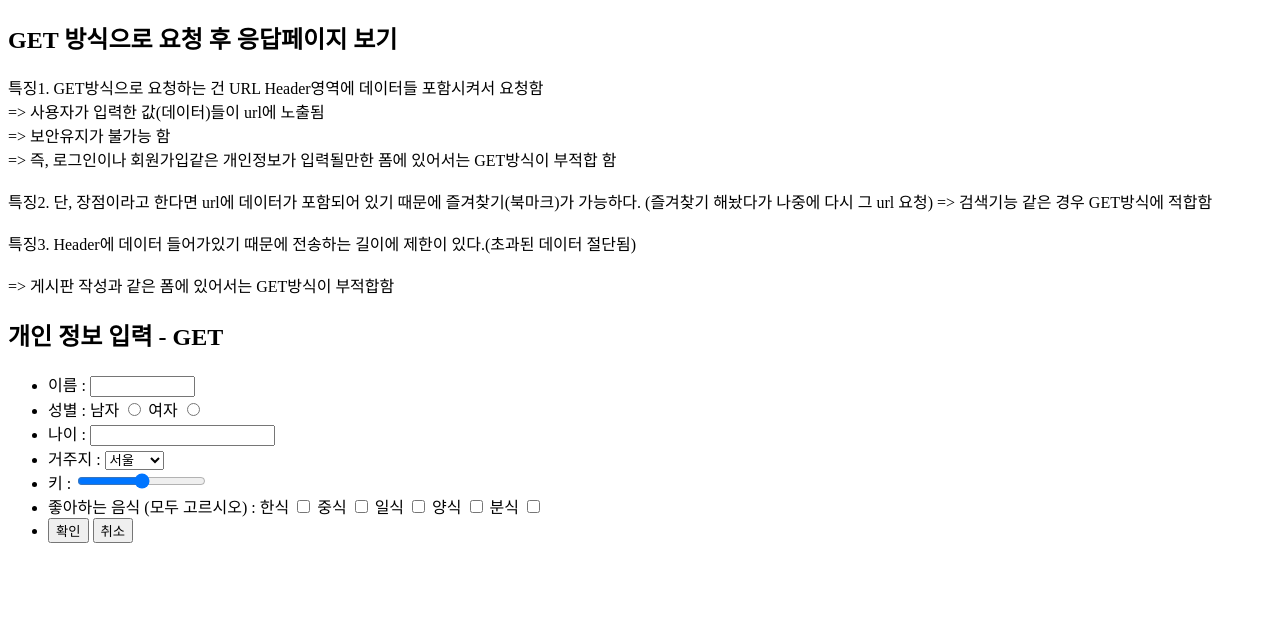
Repository: hyeye1/kh_webserverWorkspace
Page: 1_Servlet/WebContent/views/requestTest_GET.html
The author's editor kept a copy of each file at every save. The page is drawn from the files as they stood at one save, then again after the next save.
The browser window is 1280 px wide. The pictures show the whole page.

Above is the page before, as saved 2021-03-25 02:05:23.

### 1_Servlet/WebContent/views/requestTest_GET.html
<!DOCTYPE html>
<html>
<head>
<meta charset="UTF-8">
<title>Insert title here</title>
</head>
<body>
	<h2>GET 방식으로 요청 후 응답페이지 보기</h2>

	<p>
		특징1. GET방식으로 요청하는 건 URL Header영역에 데이터들 포함시켜서 요청함 <br>
		=> 사용자가 입력한 값(데이터)들이 url에 노출됨 <br>
		=> 보안유지가 불가능 함 <br>
		=> 즉, 로그인이나 회원가입같은 개인정보가 입력될만한 폼에 있어서는 GET방식이 부적합 함 <br><br>

		특징2. 단, 장점이라고 한다면 url에 데이터가 포함되어 있기 때문에 즐겨찾기(북마크)가 가능하다. (즐겨찾기 해놨다가 나중에 다시 그 url 요청)
		=> 검색기능 같은 경우 GET방식에 적합함 <br><br>

		특징3. Header에 데이터 들어가있기 때문에 전송하는 길이에 제한이 있다.(초과된 데이터 절단됨)<br><br>
		=> 게시판 작성과 같은 폼에 있어서는 GET방식이 부적합함
	</p>

	<h2>개인 정보 입력 - GET</h2>

	<!--
		form 내의 submit버튼 클릭시 form 태그 속성 중 action에 작성된 url로 요청됨(제출) => 즉, Controller호출(Servlet을 호출)
	 	즉, 해당 요청을 받아주는 Servlet을 만들고 Servlet에 전달된 데이터를 받아서 처리한 후에 사용자가 보게될 응답페이지를 만들어준다.

	 	Servlet요청 같은 경우 반드시 그 요청값이 contextPath(1_Servlet) 뒤에 작성되어야 함 !

	 	http://localhost:8888/1_Servlet/test1.do

	 	절대경로방식 : /로 시작하는 경우                   localhost:8888   뒤에 action값이 붙어서 완성됨
	 	상대경로방식 : 그냥 바로 문구로 시작하는 경우  -> 현재 이 페이지의 url경로에 마지막 /로 부터 action에 작성된 값이 붙게된다
	 -->

	<form action="test1.do" method="GET">
		<ul>
			<li>이름 : <input type="text" name="name" size="10"></li>
			<li>
				성별 :
				남자 <input type="radio" name="gender" value="M">
				여자 <input type="radio" name="gender" value="F">
			</li>
			<li>나이 : <input type="number" name="age"></li>
			<li>
				거주지 :
				<select name="city">
					<option>서울</option>
					<option>경기도</option>
					<option>강원도</option>
					<option>충청도</option>
					<option>제주도</option>
					<option>경상도</option>
				</select>
			</li>
			<li>키 : <input type="range" name="height" min="140" max="200"></li>
			<li>
				좋아하는 음식 (모두 고르시오) :
				한식 <input type="checkbox" name="food" value="한식">
				중식 <input type="checkbox" name="food" value="중식">
				일식 <input type="checkbox" name="food" value="일식">
				양식 <input type="checkbox" name="food" value="양식">
				분식 <input type="checkbox" name="food" value="분식">
			</li>
			<li>
				<button type="submit">확인</button>
				<button type="reset">취소</button>
			</li>

		</ul>


	</form>





</body>
</html>

After the next save:
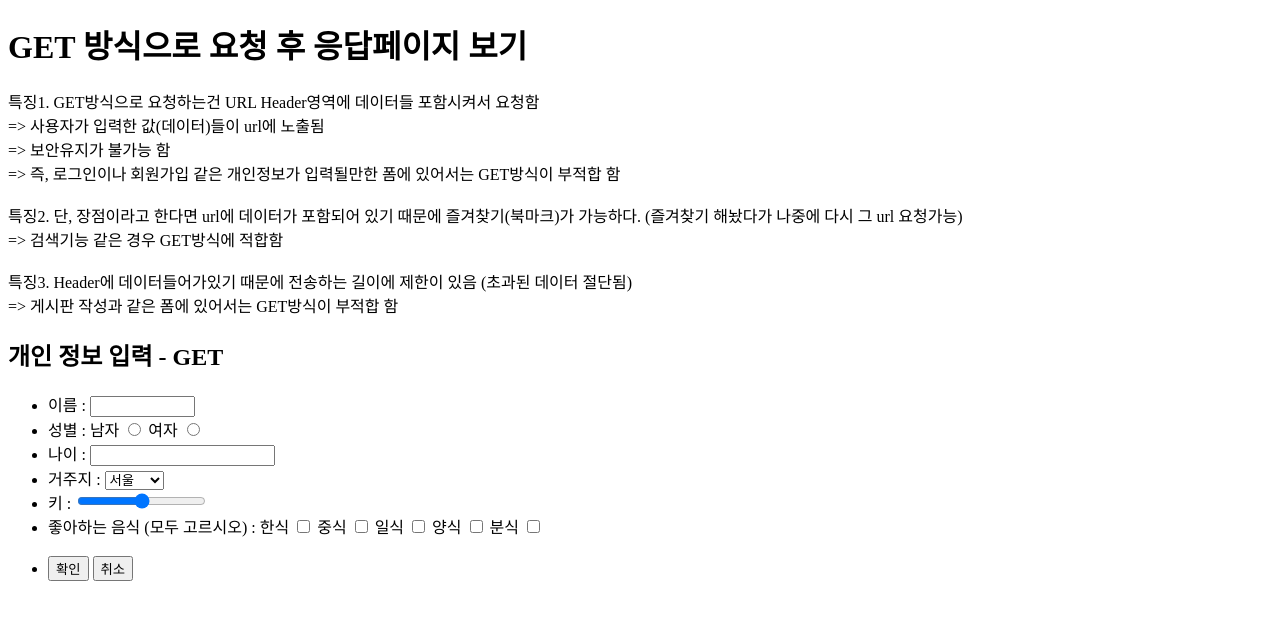
Saved 3 min 29 s later.
--- a/1_Servlet/WebContent/views/requestTest_GET.html
+++ b/1_Servlet/WebContent/views/requestTest_GET.html
@@ -5,36 +5,36 @@
 <title>Insert title here</title>
 </head>
 <body>
-	<h2>GET 방식으로 요청 후 응답페이지 보기</h2>
+	<h1>GET 방식으로 요청 후 응답페이지 보기</h1>
 
 	<p>
-		특징1. GET방식으로 요청하는 건 URL Header영역에 데이터들 포함시켜서 요청함 <br>
+		특징1. GET방식으로 요청하는건 URL Header영역에 데이터들 포함시켜서 요청함 <br>
 		=> 사용자가 입력한 값(데이터)들이 url에 노출됨 <br>
 		=> 보안유지가 불가능 함 <br>
-		=> 즉, 로그인이나 회원가입같은 개인정보가 입력될만한 폼에 있어서는 GET방식이 부적합 함 <br><br>
+		=> 즉, 로그인이나 회원가입 같은 개인정보가 입력될만한 폼에 있어서는 GET방식이 부적합 함 <br><br>
 
-		특징2. 단, 장점이라고 한다면 url에 데이터가 포함되어 있기 때문에 즐겨찾기(북마크)가 가능하다. (즐겨찾기 해놨다가 나중에 다시 그 url 요청)
+		특징2. 단, 장점이라고 한다면 url에 데이터가 포함되어 있기 때문에 즐겨찾기(북마크)가 가능하다. (즐겨찾기 해놨다가 나중에 다시 그 url 요청가능) <br>
 		=> 검색기능 같은 경우 GET방식에 적합함 <br><br>
 
-		특징3. Header에 데이터 들어가있기 때문에 전송하는 길이에 제한이 있다.(초과된 데이터 절단됨)<br><br>
-		=> 게시판 작성과 같은 폼에 있어서는 GET방식이 부적합함
+		특징3. Header에 데이터들어가있기 때문에 전송하는 길이에 제한이 있음 (초과된 데이터 절단됨)<br>
+		=> 게시판 작성과 같은 폼에 있어서는 GET방식이 부적합 함
 	</p>
 
 	<h2>개인 정보 입력 - GET</h2>
 
 	<!--
-		form 내의 submit버튼 클릭시 form 태그 속성 중 action에 작성된 url로 요청됨(제출) => 즉, Controller호출(Servlet을 호출)
-	 	즉, 해당 요청을 받아주는 Servlet을 만들고 Servlet에 전달된 데이터를 받아서 처리한 후에 사용자가 보게될 응답페이지를 만들어준다.
+		form 내의 submit 버튼 클릭시  form 태그 속성 중 action에 작성된 url로 요청됨(제출) => 즉, Controller호출 (Servlet을 호출)
+		즉, 해당 요청을 받아주는 Servlet을 만들고 Servlet에 전달된 데이터를 받아서 처리 한 후 사용자가 보게될 응답페이지 만들기!!
 
-	 	Servlet요청 같은 경우 반드시 그 요청값이 contextPath(1_Servlet) 뒤에 작성되어야 함 !
+		servlet요청같은 경우 반드시 그 요청값이 contextPath(1_Servlet) 뒤에 작성되어야함!!
 
-	 	http://localhost:8888/1_Servlet/test1.do
+		요청하고싶은 url - http://localhost:8888/1_Servlet/test1.do
 
-	 	절대경로방식 : /로 시작하는 경우                   localhost:8888   뒤에 action값이 붙어서 완성됨
-	 	상대경로방식 : 그냥 바로 문구로 시작하는 경우  -> 현재 이 페이지의 url경로에 마지막 /로 부터 action에 작성된 값이 붙게된다
-	 -->
+		절대경로방식 : /로 시작하는 경우			  localhost:8888	뒤에 action값이 붙어서 완성됨
+		상대경로방식 : 그냥 바로 문구로 시작하는 경우   현재 이 페이지의 url경로의 마지막 /로 부터 action 값이 붙어서 완성됨
+	-->
 
-	<form action="test1.do" method="GET">
+	<form action="/1_Servlet/test1.do" method="GET">
 		<ul>
 			<li>이름 : <input type="text" name="name" size="10"></li>
 			<li>
@@ -63,19 +63,13 @@
 				양식 <input type="checkbox" name="food" value="양식">
 				분식 <input type="checkbox" name="food" value="분식">
 			</li>
+			<br>
 			<li>
-				<button type="submit">확인</button>
-				<button type="reset">취소</button>
+				<input type="submit" value="확인">
+				<input type="reset" value="취소">
 			</li>
-
 		</ul>
-
-
 	</form>
-
-
-
-
 
 </body>
 </html>
